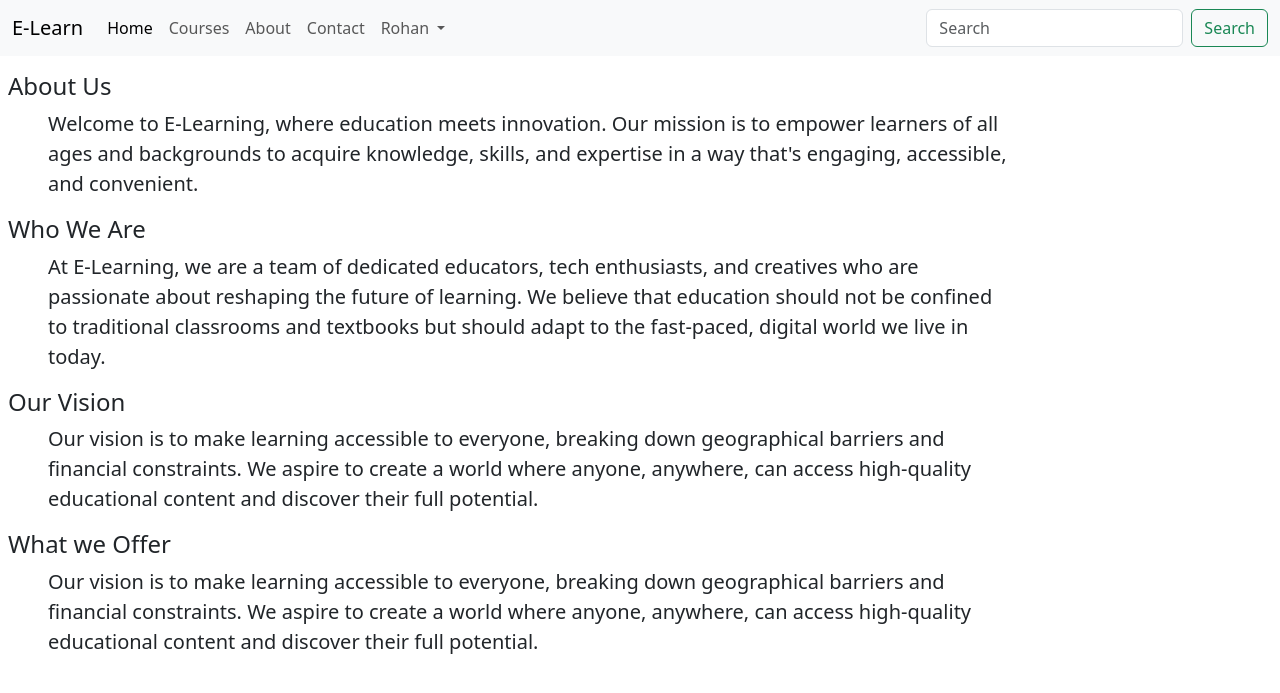
Repository: syni18/bootstrap_elarn
Page: About.html
These files come from the project's save history. The page is drawn as it stood at one moment and after a run of saves; the edit follows.
The browser window is 1280 px wide. The pictures show the whole page.

Above is the page before, as saved 2023-10-25 23:16:46.

### About.html
<!doctype html>
<html lang="en">
  <head>
    <meta charset="utf-8">
    <meta name="viewport" content="width=device-width, initial-scale=1">
    <title>E-Learning</title>
    <link href="https://cdn.jsdelivr.net/npm/bootstrap@5.3.2/dist/css/bootstrap.min.css" rel="stylesheet" integrity="sha384-T3c6CoIi6uLrA9TneNEoa7RxnatzjcDSCmG1MXxSR1GAsXEV/Dwwykc2MPK8M2HN" crossorigin="anonymous">
  </head>
  <body>
    <nav class="navbar navbar-expand-lg bg-body-tertiary">
  <div class="container-fluid">
    <a class="navbar-brand" href="#">E-Learn</a>
    <button class="navbar-toggler" type="button" data-bs-toggle="collapse" data-bs-target="#navbarSupportedContent" aria-controls="navbarSupportedContent" aria-expanded="false" aria-label="Toggle navigation">
      <span class="navbar-toggler-icon"></span>
    </button>
    <div class="collapse navbar-collapse" id="navbarSupportedContent">
      <ul class="navbar-nav me-auto mb-2 mb-lg-0">
        <li class="nav-item">
          <a class="nav-link active" aria-current="page" href="#">Home</a>
        </li>
        <li class="nav-item">
          <a class="nav-link" href="#">Courses</a>
        </li>
        <li class="nav-item">
          <a class="nav-link" href="#">About</a>
        </li>
        <li class="nav-item">
          <a class="nav-link" href="#">Contact</a>
        </li>
        <li class="nav-item dropdown">
          <a class="nav-link dropdown-toggle" href="#" role="button" data-bs-toggle="dropdown" aria-expanded="false">
            Rohan
          </a>
          <ul class="dropdown-menu">
            <li><a class="dropdown-item" href="#">My Profile</a></li>
            <li><a class="dropdown-item" href="#">My Courses</a></li>
            <li><hr class="dropdown-divider"></li>
            <li><a class="dropdown-item" href="#">Log Out</a></li>
          </ul>
        </li>
      </ul>
      <form class="d-flex" role="search">
        <input class="form-control me-2" type="search" placeholder="Search" aria-label="Search">
        <button class="btn btn-outline-success" type="submit">Search</button>
      </form>
    </div>
  </div>
</nav>
<div class="mt-3">
    <h6 class="fs-4 ms-2 ">About Us</h6>
    <p class="w-75 ms-5 lead">Welcome to E-Learning, where education meets innovation. Our mission is to empower learners of all ages and backgrounds to acquire knowledge, skills, and expertise in a way that's engaging, accessible, and convenient.</p>
</div>
<div class="mt-3">
    <h6 class="fs-4 ms-2">Who We Are</h6>
    <p class="w-75 ms-5 lead">At E-Learning, we are a team of dedicated educators, tech enthusiasts, and creatives who are passionate about reshaping the future of learning. We believe that education should not be confined to traditional classrooms and textbooks but should adapt to the fast-paced, digital world we live in today.</p>
</div>
<div class="mt-3">
    <h6 class="fs-4 ms-2">Our Vision</h6>
    <p class="w-75 ms-5 lead">Our vision is to make learning accessible to everyone, breaking down geographical barriers and financial constraints. We aspire to create a world where anyone, anywhere, can access high-quality educational content and discover their full potential.</p>
</div>
<div class="mt-3">
    <h6 class="fs-4 ms-2">What we Offer</h6>
    <p class="w-75 ms-5 lead">Our vision is to make learning accessible to everyone, breaking down geographical barriers and financial constraints. We aspire to create a world where anyone, anywhere, can access high-quality educational content and discover their full potential.</p>
</div>
    <script src="https://cdn.jsdelivr.net/npm/bootstrap@5.3.2/dist/js/bootstrap.bundle.min.js" integrity="sha384-C6RzsynM9kWDrMNeT87bh95OGNyZPhcTNXj1NW7RuBCsyN/o0jlpcV8Qyq46cDfL" crossorigin="anonymous"></script>
  </body>
</html>

After the next 5 saves:
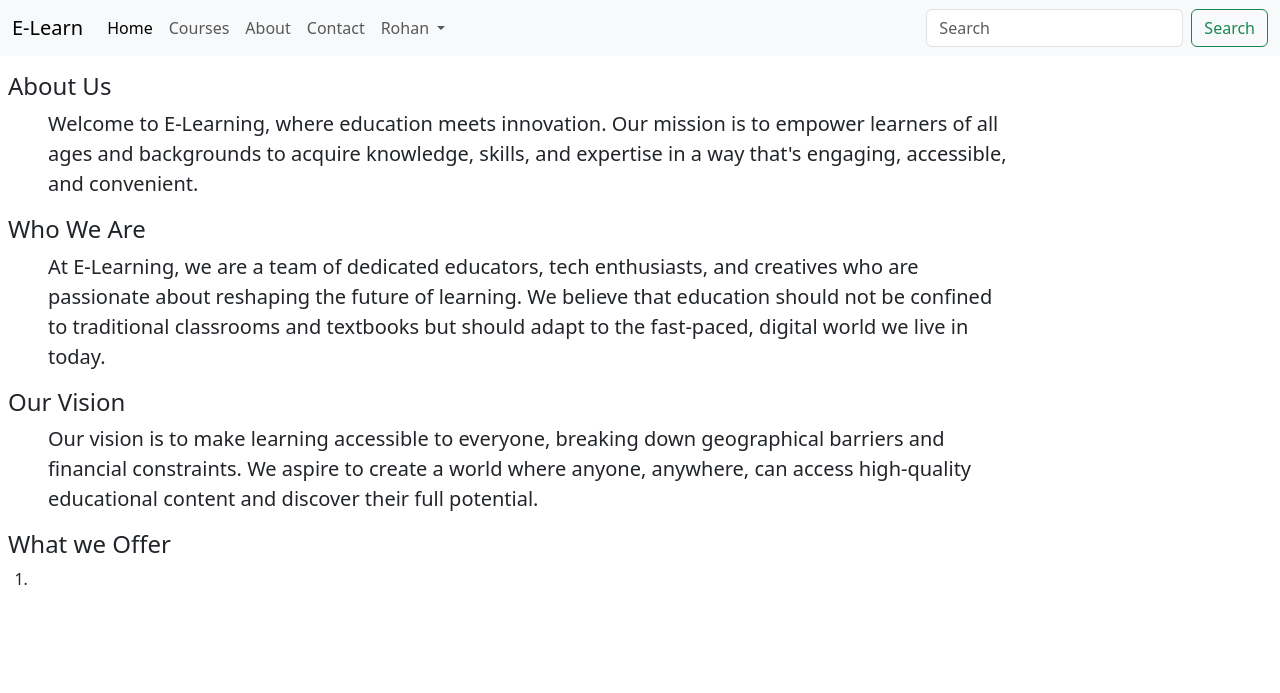
The 5 saves are shown as one change because they came seconds apart.
The last was saved 18 s later.
--- a/About.html
+++ b/About.html
@@ -60,7 +60,9 @@
 </div>
 <div class="mt-3">
     <h6 class="fs-4 ms-2">What we Offer</h6>
-    <p class="w-75 ms-5 lead">Our vision is to make learning accessible to everyone, breaking down geographical barriers and financial constraints. We aspire to create a world where anyone, anywhere, can access high-quality educational content and discover their full potential.</p>
+    <ol>
+        <li></li>
+    </ol>
 </div>
     <script src="https://cdn.jsdelivr.net/npm/bootstrap@5.3.2/dist/js/bootstrap.bundle.min.js" integrity="sha384-C6RzsynM9kWDrMNeT87bh95OGNyZPhcTNXj1NW7RuBCsyN/o0jlpcV8Qyq46cDfL" crossorigin="anonymous"></script>
   </body>
